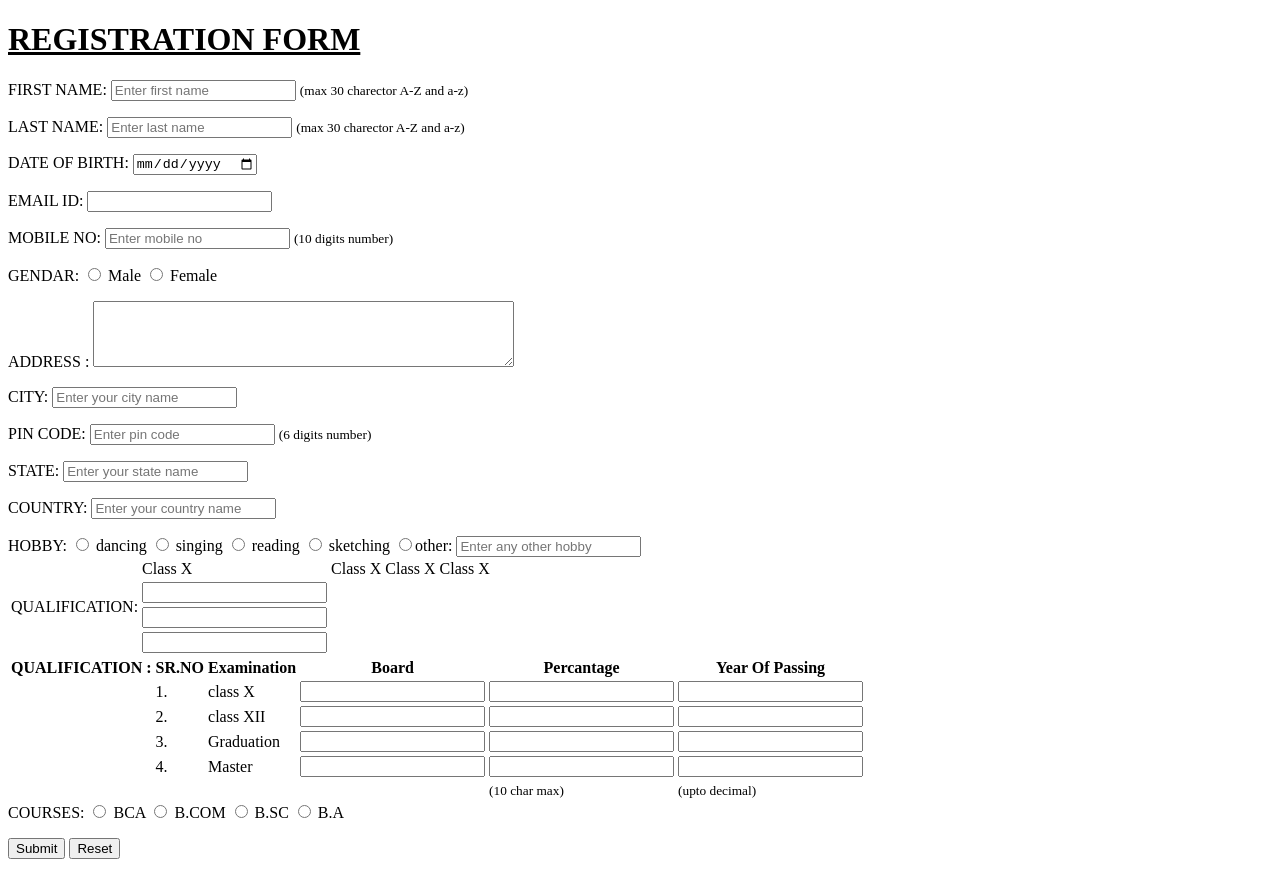
Repository: MintuKrishnan/subrahmanyam-batch
Page: front-end/html/form.html
An editor plug-in stored every save of this project. The page is shown before and after the next save, followed by the edit.
The browser window is 1280 px wide. The pictures show the whole page.

Above is the page before, as saved 2021-02-26 14:47:38.

### front-end/html/form.html
<!DOCTYPE html>
<html lang="en">
<head>
    <meta charset="UTF-8">
    <meta http-equiv="X-UA-Compatible" content="IE=edge">
    <meta name="viewport" content="width=device-width, initial-scale=1.0">
    <title>student registration form</title>
</head>
<body>
    <h1>
        <u>REGISTRATION FORM</u>
    </h1>
    <form>
    <p>
        <label for="name">FIRST NAME:</label>
    <input type="text" placeholder="Enter first name" name="name" id="name" min="30" max="30">
    <small>(max 30 charector A-Z and a-z)</small>
    </p>

    <p>
        <label for="name">LAST NAME:</label>
        <input type="text" placeholder="Enter last name" name="name" id="name" min="30" max="30">
        <small>(max 30 charector A-Z and a-z)</small>
    </p>

    <p><label for="birthday">DATE OF BIRTH:</label>
        <input type="date" id="birthday" name="birthday"></p>

    <p><label for="email">EMAIL ID:</label>
        <input type="email" id="email" name="email"></p>

    <p><label for="phone">MOBILE NO:</label>
        <input type="tel" id="phone" name="phone" placeholder="Enter mobile no">
        <small>(10 digits number)</small></p>

        <label for="text">GENDAR:</label>
        <input type="radio" name="gender" value="male"> Male
        <input type="radio" name="gender" value="female"> Female

    <p><label for="address"> ADDRESS :</label>
        <textarea id="adress" name="address" rows="4" cols="50">
            </textarea></p>

    <p><label for="text"> CITY:</label>
        <input type="text" placeholder="Enter your city name" id="city" name="city"></p>

    <p><label for="number">PIN CODE:</label>
        <input type="number" placeholder="Enter pin code" id="pin code" name="pin code" >
        <small>(6 digits number)</small></p>

    <p><label for="text"> STATE:</label>
        <input type="text" placeholder="Enter your state name" id="city" name="city"></p>

    <p><label for="text"> COUNTRY:</label>
        <input type="text" placeholder="Enter your country name" id="city" name="city"></p>


        <label for="text">HOBBY:</label>
        <input type="radio" value="dancing"> dancing
        <input type="radio" value="singing"> singing
        <input type="radio" value="reading"> reading
        <input type="radio" value="sketching"> sketching
        <input type="radio"value='other'>other:
        <input type="text" placeholder="Enter any other hobby" name="fname">
        <br>


        <table>
            <thead>
                <tr>
                    <td rowspan="4">QUALIFICATION:</td>
                    <td>Class X</td>
                    <td>Class X</td>
                    <td>Class X</td>
                    <td>Class X</td>
                </tr>
                <tr>
                    <td><input type="text"></td>
                </tr>
                <tr>
                    <td><input type="text"></td>
                </tr>
                <tr>
                    <td><input type="text"></td>
                </tr>
            </thead>
        </table>


    <table>
        <thead>
            <tr>
            <th rowspan="4">QUALIFICATION :</th>
            <th>SR.NO</th>
            <th>Examination</th>
            <th>Board</th>
            <th>Percantage</th>
            <th>Year Of Passing</th>
        </tr>
        </thead>
        <tr>
            <td></td>
            <td>1.</td>
            <td>class X</td>
            <td><input type="text"></td>
            <td><input type="text"></td>
            <td><input type="text"></td>
        </tr>
        <tr>
            <td></td>
            <td>2.</td>
            <td>class XII</td>
            <td><input type="text"></td>
            <td><input type="text"></td>
            <td><input type="text"></td>
        </tr>
        <tr>
            <td></td>
            <td>3.</td>
            <td>Graduation</td>
            <td><input type="text"></td>
            <td><input type="text"></td>
            <td><input type="text"></td>
        </tr>
        <tr>
            <td></td>
            <td>4.</td>
            <td>Master</td>
            <td><input type="text"></td>
            <td><input type="text"></td>
            <td><input type="text"></td>
        </tr>
        <tr>
            <td></td>
            <td></td>
            <td></td>
            <td></td>
            <td><small>(10 char max)</small></td>
            <td><small>(upto decimal)</small></td>
        </tr>
        <tfoot></tfoot>
    </table>


        <label for="text">COURSES:</label>
                <input type="radio" value="bca"> BCA
                <input type="radio" value="b.com"> B.COM
                <input type="radio" value="b.sc"> B.SC
                <input type="radio" value="b.a"> B.A



    <p>
        <input type="submit">
        <input type="reset">
    </p>
    </form>

</body>

</html>

After the next save:
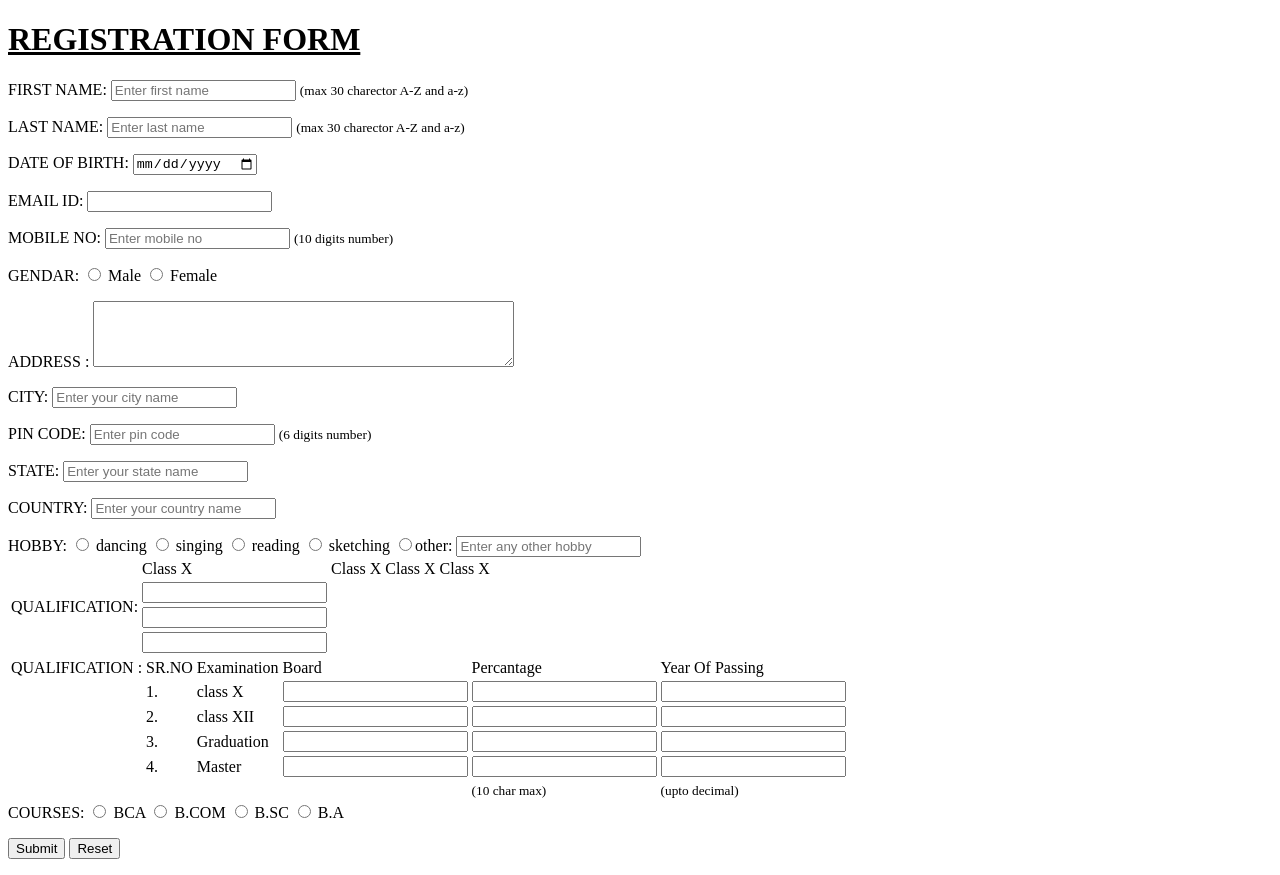
Saved 88 s later.
--- a/front-end/html/form.html
+++ b/front-end/html/form.html
@@ -90,12 +90,12 @@
     <table>
         <thead>
             <tr>
-            <th rowspan="4">QUALIFICATION :</th>
-            <th>SR.NO</th>
-            <th>Examination</th>
-            <th>Board</th>
-            <th>Percantage</th>
-            <th>Year Of Passing</th>
+            <td rowspan="4">QUALIFICATION :</td>
+            <td>SR.NO</td>
+            <td>Examination</td>
+            <td>Board</td>
+            <td>Percantage</td>
+            <td>Year Of Passing</td>
         </tr>
         </thead>
         <tr>
